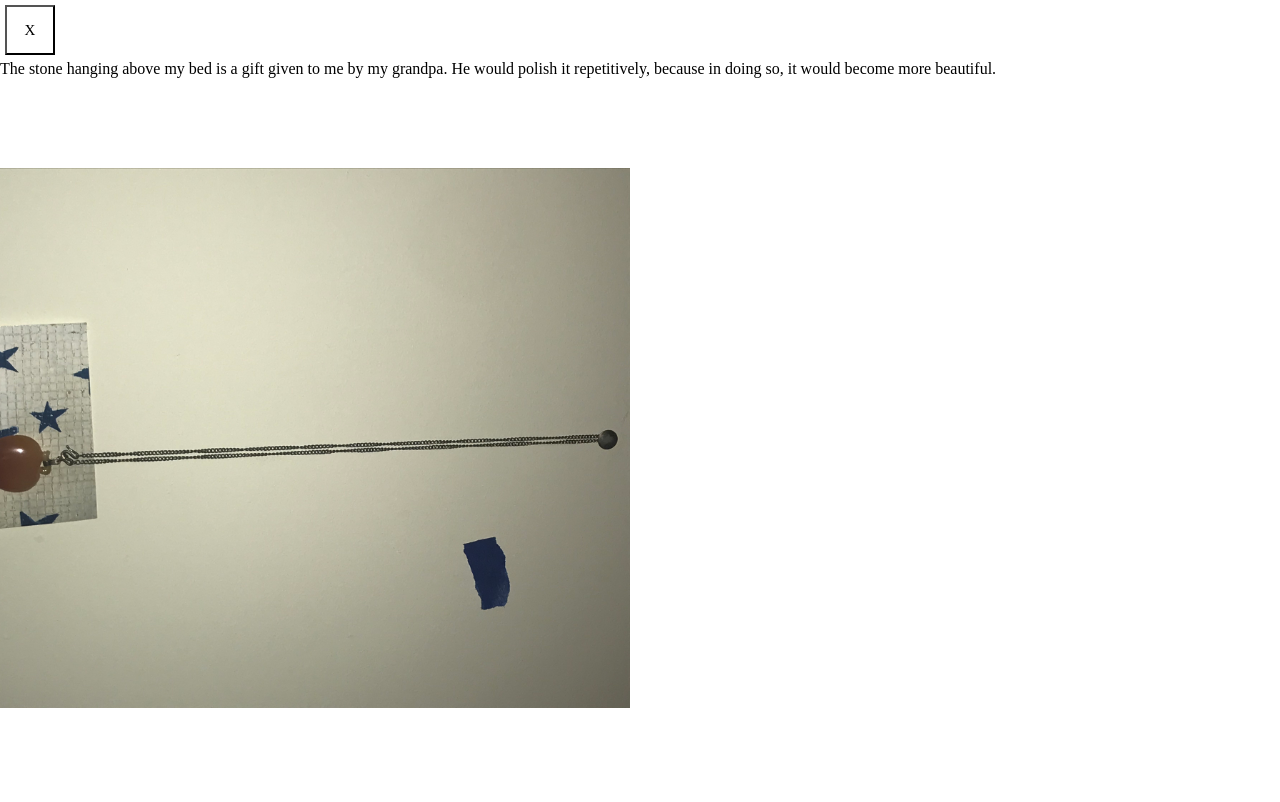
Repository: xuc009/assignment-4
Page: what.html
These files come from the project's save history. The page is drawn as it stood at one moment and after a run of saves; the edit follows.
The browser window is 1280 px wide. The pictures show the whole page.

Above is the page before, as saved 2019-12-11 16:19:23.
Console error: TypeError: Cannot read properties of null (reading 'addEventListener')

### what.html
<!DOCTYPE html>
<html>
<head>
	<meta charset="utf-8">
	<meta name="viewport" content="width=device-width, initial-scale=1, minimum-scale=1.0, user-scalable=no">
	<title>thing above my bed</title>
	<link rel="stylesheet" type="text/css" href="assets/style.css">
	<script type="text/javascript" src="assets/storageAvailable.js"></script>
	<script type="text/javascript" src="assets/script2.js"></script>
	<script src="assets/timeme.min.js"></script>

</head>
<body>

	<a href="index.html"><button id="question">X</button>
	</a>

	<div id="description">
		<p>The stone hanging above my bed is a gift given to me by my grandpa. He would polish it repetitively, because in doing so, it would become more beautiful. </p>
	</div>

	<img src="assets/stone.jpg">

</body>
</html>

### assets/style.css
*{
	padding: 0;
	margin: 0;
}

#root{
	background-color: magenta;
	width: 100vw;
	height: 100vh;
	position: absolute;
	top: 50%;
	left: 50%;
	transform: translate(-50%, -50%);
	z-index: 9;
}

#background{
	height: 100vh;
	width: 100vw;
	background-color: magenta;
	z-index: -4;
}

#question{
	background-color: white;
	width: 50px;
	height: 50px;
	z-index: 10;
	color: black;
	font-family: 'Times New Roman', Times, serif;
	font-size: 15px;
	margin: 5px;
}

img{
	height: 100vh;
	transform: rotate(90deg);
}

#description{
}

### assets/storageAvailable.js
function storageAvailable(type) {
    var storage;
    try {
        storage = window[type];
        var x = '__storage_test__';
        storage.setItem(x, x);
        storage.removeItem(x);
        return true;
    }
    catch(e) {
        return e instanceof DOMException && (
            // everything except Firefox
            e.code === 22 ||
            // Firefox
            e.code === 1014 ||
            // test name field too, because code might not be present
            // everything except Firefox
            e.name === 'QuotaExceededError' ||
            // Firefox
            e.name === 'NS_ERROR_DOM_QUOTA_REACHED') &&
            // acknowledge QuotaExceededError only if there's something already stored
            (storage && storage.length !== 0);
    }
}

### assets/script2.js
console.log("local storage demo file");

var checkForItems = function () {
	if (!storageAvailable('localStorage')) { return; } // if we can use localStorage, don't return


	if (localStorage.getItem('background')) {
		// if item exists:
		console.log("yes!")
		var newColor = localStorage.getItem('background');
		// convert item?

		// apply item data to site:
		document.getElementById("root").style.backgroundColor = newColor;

	}
	else {
		console.log("no");
	}

	if (localStorage.getItem("count")) {
		count = parseInt(localStorage.getItem("count"));

		// update the css of the stone for wherever it was left off

	}

	if (localStorage.getItem("size")) {
		var size = localStorage.getItem("size");
		size = parseInt(size);

		// update the css of the stone for wherever it was left off
		document.getElementById("root").style.height = `${size}px`;
		document.getElementById("root").style.width = `${size}px`;
	}

	if (localStorage.getItem("borderRadius")) {
		var borderRadius = parseInt(localStorage.getItem("borderRadius"));
		// update the css of the stone for wherever it was left off
		document.getElementById("root").style.borderRadius = `${borderRadius}%`;
	}

	if (localStorage.getItem("width")){
		var width = parseInt(localStorage.getItem("width"));
		console.log("yes width");
		// update the css of the stone for wherever it was left off
		document.getElementById("root").style.width = `${width}px`;
	}

	if (localStorage.getItem("height")){
		var width = parseInt(localStorage.getItem("height"));
		console.log("yes height");
		// update the css of the stone for wherever it was left off
		document.getElementById("root").style.height = `${width}px`;
	}
}



// var saveUserInfo = function(){


// 	})

// 	TimeMe.initialize({
// 		currentPageName: "my-home-page", // current page
// 		idleTimeoutInSeconds: 30 // seconds
// 		});

// 		// ... Some time later ...

// 		// Retrieve time spent on current page
// 		var timeSpentOnPage = TimeMe.getTimeOnCurrentPageInSeconds();
// 		console.log("time:", timeSpentOnPage);

// 		TimeMe.callAfterTimeElapsedInSeconds(15, function(){
// 			console.log("The user has been actively using the page for 15 seconds! Let's prompt them with something.");

// 			newRed=255;
// 			newBlue=0;
// 			newGreen=0;

// 			var newColor = `rgb(${newRed}, ${newGreen}, ${newBlue})`
// 			localStorage.setItem('background', newColor);
// 			document.getElementById("root").style.backgroundColor= newColor;
// 		});

// }


// once content has been loaded
window.addEventListener('DOMContentLoaded', function () {
	checkForItems();
	// saveUserInfo(); // run saving user info
	stoneInteraction();
});



var red, blue, green, borderRadius;

//here:
// update count variable based off of localstorage item



var count = 0;
count = parseInt(count);

var colorChange = function (){

	var myDiv = document.getElementById("root");
	var goingup = true;
	var greenGoingup = true;
	var blueGoingup = true;

	myDiv.addEventListener('mousemove', function () {
		var currentColor = myDiv.style.backgroundColor;
		console.log(myDiv.style.backgroundColor);

		currentColor = currentColor.substring(4, currentColor.length - 1)
			.replace(/ /g, '')
			.split(',');

		console.log("current color:", currentColor);

		var red = currentColor[0];
		red = parseInt(red);
		var green = currentColor[1];
		green = parseInt(green);
		var blue = currentColor[2];
		blue = parseInt(blue);


		//var newRed = red + 1;
		var newGreen = green - 2;
		var newBlue = blue + 1;



		//RED
		if (goingup === true) {
			newRed = red + 2;
			console.log("going up", newRed)
			console.log (goingup)
			if (red >= 255) {
				goingup = false
			}
		} else {
			newRed = red - 2;
			if (red <= 0) {
				goingup = true;
			}
		}
		//GREEN
		if (greenGoingup === true) {
			newGreen = green + 6;
			if (green >= 255) {
				greenGoingup = false
			}
		} else {
			newGreen = green - 6;
			if (green <= 0) {
				greenGoingup = true;
			}
		}
		//BLUE
		if (blueGoingup === true) {
			newGreen = blue + 9;
			// console.log("going up", newRed)
			if (blue >= 255) {
				blueGoingup = false
			}
		} else {
			newBlue = blue - 9;
			// console.log("going down", newRed)
			if (blue <= 0) {
				blueGoingup = true;
			}
		}

		var newColor = `rgb(${newRed}, ${newGreen}, ${newBlue})`


		// save or overwrite item:
		localStorage.setItem('background', newColor);


		// update site:
		myDiv.style.backgroundColor = newColor;

	})

}

var stoneInteraction = function () {

	var myDiv = document.getElementById("root");

	myDiv.addEventListener("mouseenter", function () {

		count++;
		localStorage.setItem('count', count);
		console.log("count:", count);

		if (count > 0 && count <= 200) {
			colorChange();
		}else if (count > 200 && count <= 400) {
			//DECREASE TO SQUARE
				myDiv.addEventListener("mouseover", function () {
					var currentSize = myDiv.offsetWidth;
					currentSize = parseInt(currentSize);
					console.log("current size:", currentSize);
					var newSize = currentSize - .5;
					console.log("NEW size:", newSize)
					// save or overwrite item:
					localStorage.setItem('size', newSize);

					// update site:
					myDiv.style.height = `${newSize}px`;
					myDiv.style.width = `${newSize}px`;
				})

		} else if (count >= 400 && count < 800){
			//ROUND UNTIL CIRCULAR
			var newBorderRadius = (count / 100) * 5 + "%";
			console.log("border radius:", myDiv.style.borderRadius);
			localStorage.setItem('borderRadius', newBorderRadius);
			myDiv.style.borderRadius = newBorderRadius;

		} else if (count >= 800 && count < 1500) {
			//lengthen and flatten until line
			localStorage.setItem('borderRadius', 50 + "%");
			var newWidth = myDiv.offsetWidth + (count/50) + "px";
			var newHeight = myDiv.offsetHeight - (count/150) + "px";
			myDiv.style.width = `${newWidth}`;
			myDiv.style.height = `${newHeight}`;
			console.log(newHeight);
			localStorage.setItem(`height`, newHeight);
			localStorage.setItem('width', newWidth);
		} else if (count >= 1500 && count < 4000) {
			//line sinks
			var background = document.getElementById("background");
			background.style.backgroundColor=red;
			localStorage.setItem(`height`, 10 +"px");
			localStorage.setItem(`width`, 10 +"px");
			var newTopPosition = myDiv.offsetTop + 10 + "px";
			console.log("top",myDiv.offsetTop);
			myDiv.style.top = newTopPosition;
			localStorage.setItem('topPositon', newTopPosition);
		} else if (count >= 4000 && count < 5000)
			//line refils with a background interaction??
			localStorage.setItem("width", 100 +"vw");
			var newHeightLarge =myDiv.offsetHeight + 10 + "px";
			myDiv.style.height= newHeightLarge;
		})
	}

Loaded but not shown: assets/timeme.min.js (library)

After the next 2 saves:
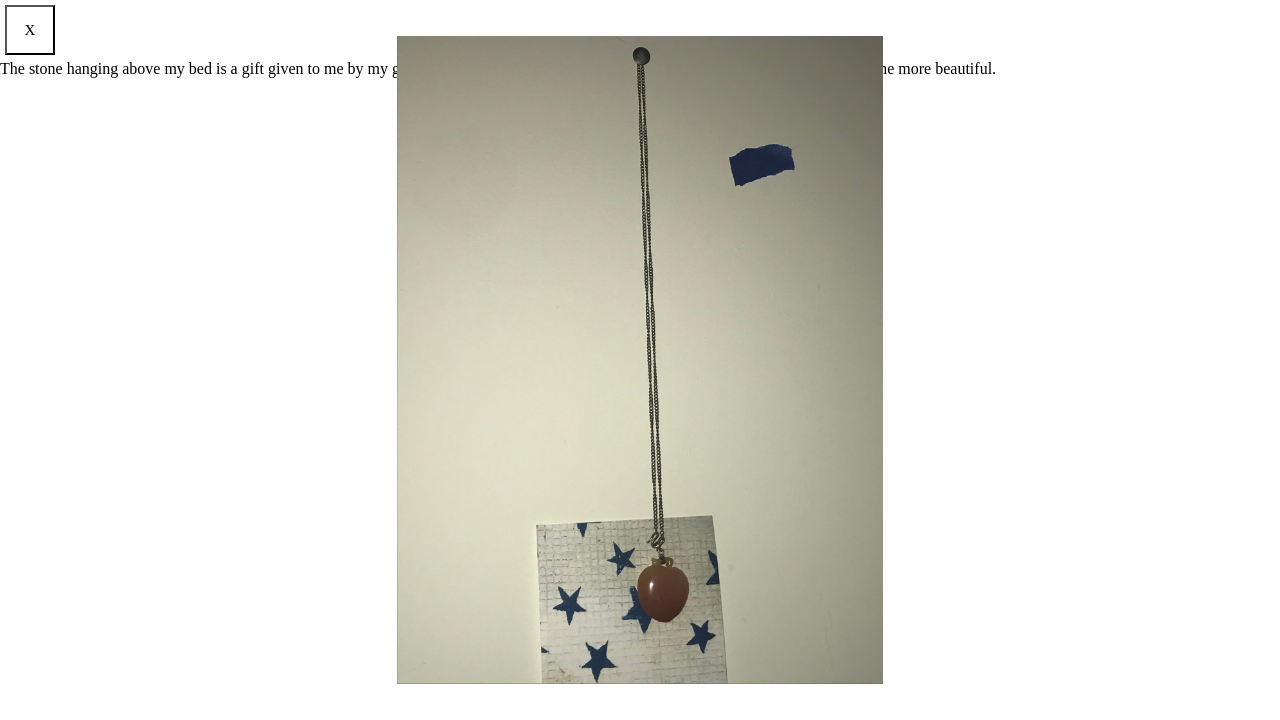
The 2 saves are shown as one change because they came seconds apart.
The last was saved 24 s later.
--- a/assets/style.css
+++ b/assets/style.css
@@ -33,8 +33,13 @@
 }
 
 img{
-	height: 100vh;
+	height: 90vh;
 	transform: rotate(90deg);
+	position: absolute;
+	position: absolute;
+	top: 50%;
+	left: 50%;
+	transform: translate(-50%, -50%);
 }
 
 #description{
